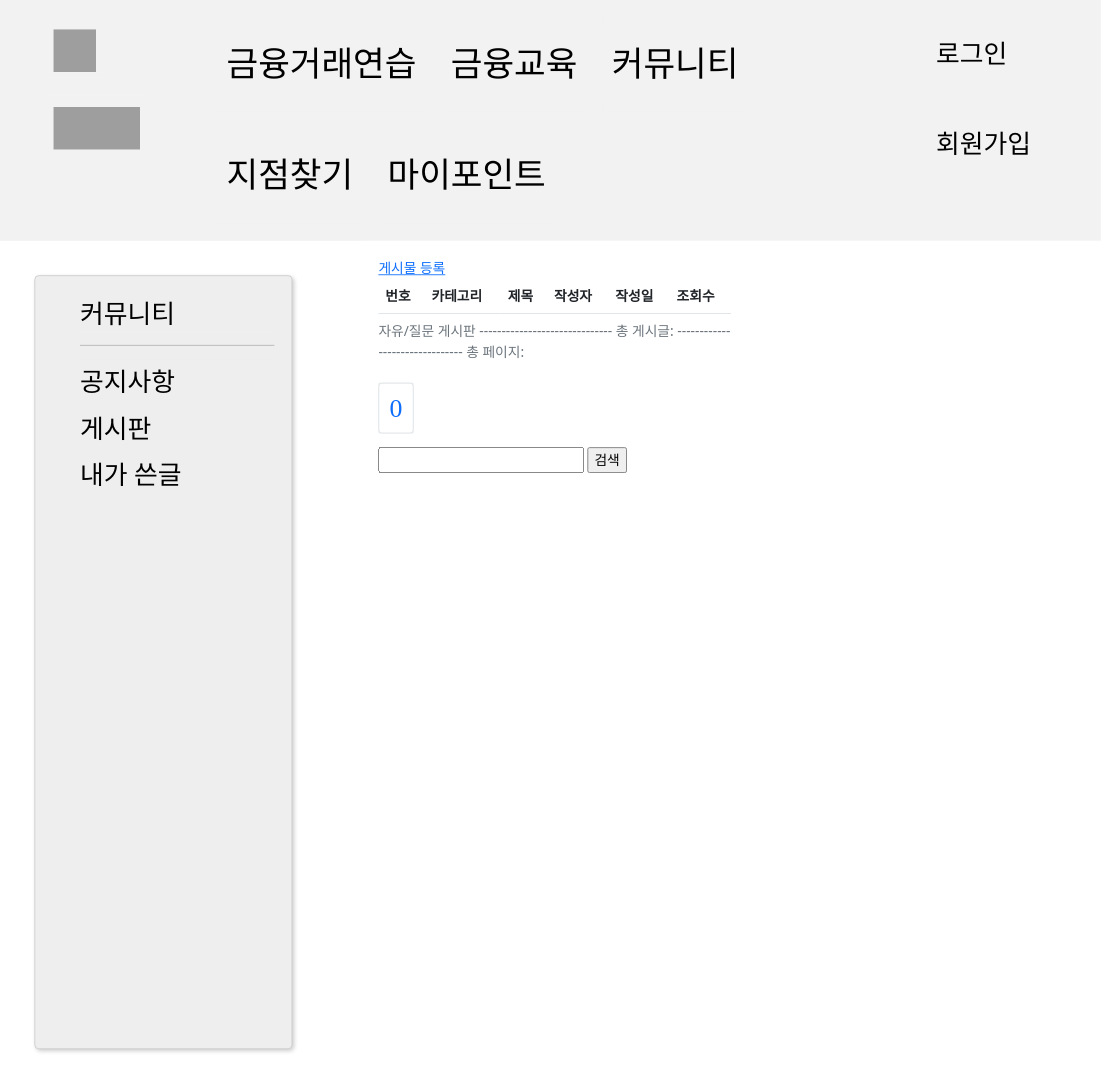
Repository: syc98syc/KB04_TeamProject
Page: http://localhost/jgig/WEB-INF/jsp/board/list.jsp
The author's editor kept a copy of each file at every save. The page is drawn from the files as they stood at one save, then again after the next save.
The browser window is 1280 px wide. The pictures show the whole page, at 86% of full size.
Pictures or frames that could not be fetched are drawn as grey boxes. Some web fonts or font styles are not loaded; a fallback is used. The page is served by Tomcat 9. Nobody is signed in. The template is opened directly, without the code that normally fills it, so the values that code supplies are empty.

Above is the page before, as saved 2023-09-11 01:02:29.

After the next save:
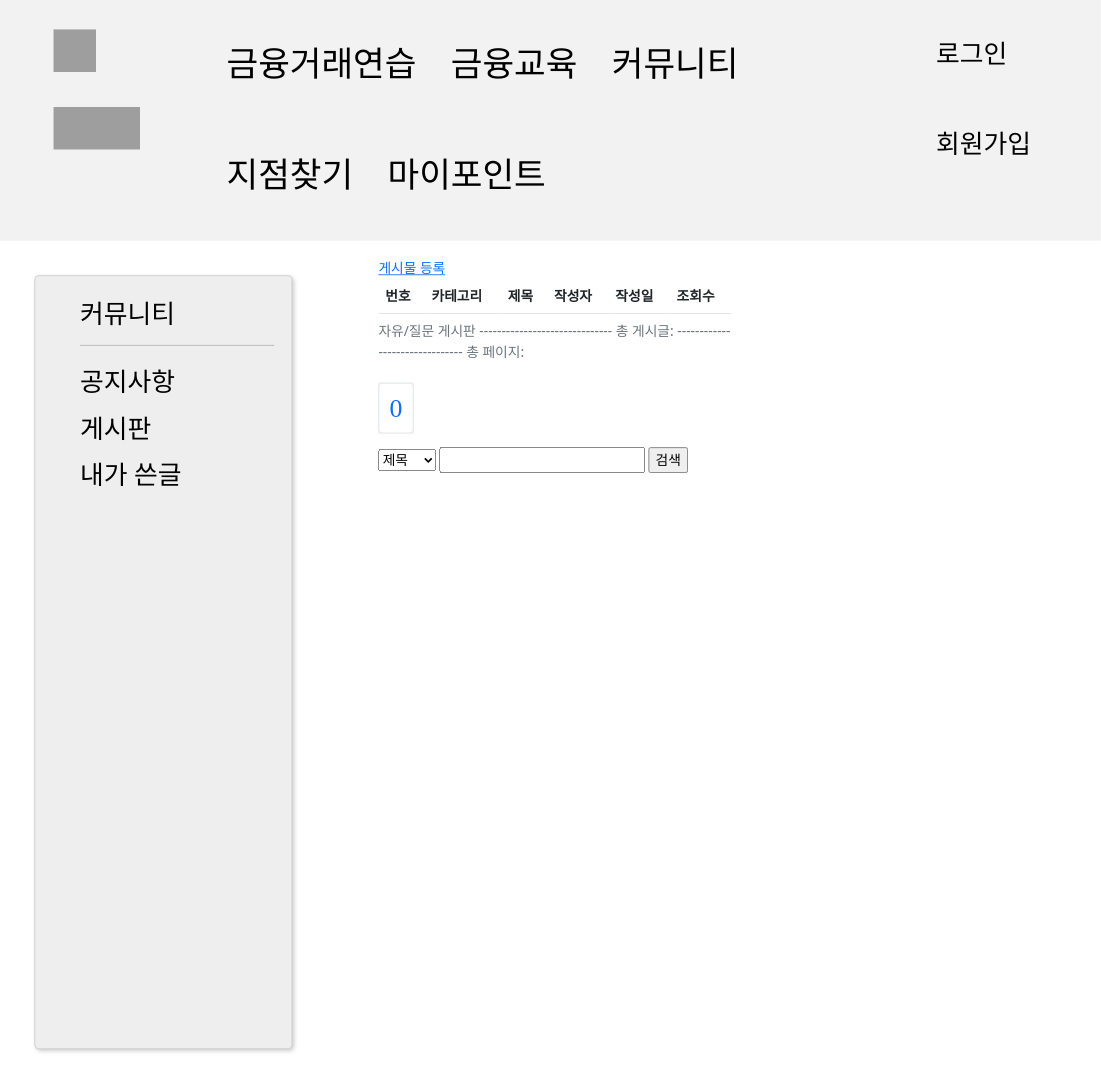
Saved 4 min 12 s later.
--- a/jgig/src/main/webapp/WEB-INF/jsp/board/list.jsp
+++ b/jgig/src/main/webapp/WEB-INF/jsp/board/list.jsp
@@ -57,6 +57,10 @@
 
   <form action="board_search_action" method="get">
 		<fieldset>
+			<select name="job">
+			    <option value="제목" selected="selected">제목</option>
+			    <option value="작성자">작성자</option>
+			</select>
 			<input type="text" name="keyword">
 			<input type="submit" value="검색">
 		</fieldset>
